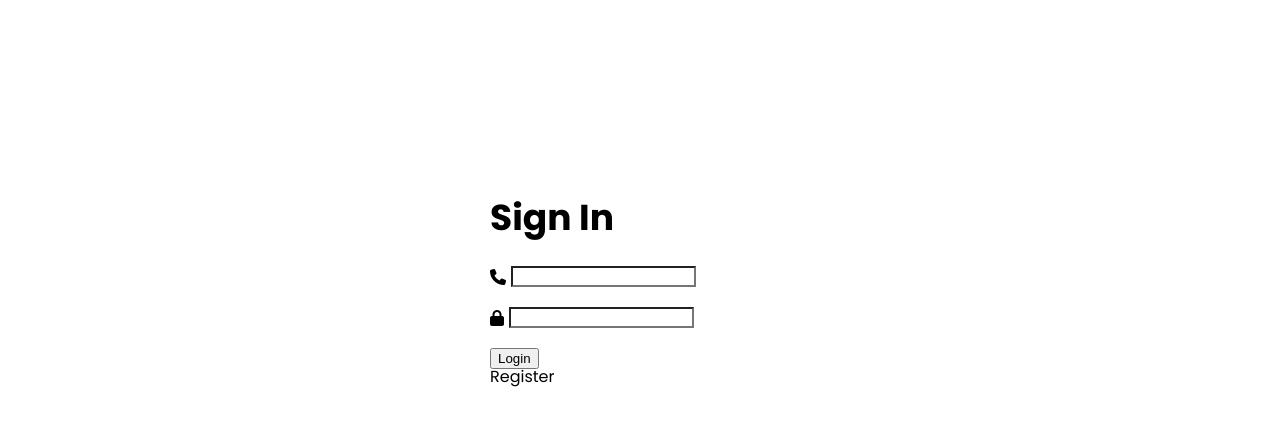
Repository: haphuocsang1801/github-group4
Page: login.html
These files come from the project's save history. The page is drawn as it stood at one moment and after the next save; the edit follows.
The browser window is 1280 px wide. The pictures show the whole page.
Some web libraries are served in a nearby version. The style sheet was rebuilt from its Sass, Less or Tailwind sources for each picture, by a compiler version that may differ from the author's.

Above is the page before, as saved 2021-09-17 16:21:44.

### login.html
<!DOCTYPE html>
<html lang="en">
  <head>
    <meta charset="UTF-8" />
    <meta http-equiv="X-UA-Compatible" content="IE=edge" />
    <meta name="viewport" content="width=device-width, initial-scale=1.0" />
    <link
      href="https://fonts.googleapis.com/css2?family=Poppins:wght@300;400;700&display=swap"
      rel="stylesheet"
    />
    <script
      src="https://kit.fontawesome.com/85150e2613.js"
      crossorigin="anonymous"
    ></script>
    <link rel="stylesheet" href="./css/reset.css" />
    <link rel="stylesheet" href="./css/style.css" />
    <title>Document</title>
  </head>
  <body>
    <div class="container-login">
      <form action="" method="post">
        <div class="login-title">Sign In</div>
        <div class="login-item">
          <i class="fas fa-phone"></i>
          <input type="text" class="login-input" />
        </div>
        <div class="login-item">
          <i class="fas fa-lock"></i>
          <input type="text" class="login-input" />
        </div>
        <div class="login-submit">
          <input type="submit" class="btn" value="Login" />
        </div>
        <div class="login-register">Register</div>
      </form>
    </div>
  </body>
</html>

### css/reset.css
/* http://meyerweb.com/eric/tools/css/reset/
   v2.0 | 20110126
   License: none (public domain)
*/
/*
<link rel="preconnect" href="https://fonts.googleapis.com">
<link rel="preconnect" href="https://fonts.gstatic.com" crossorigin>
<link href="https://fonts.googleapis.com/css2?family=Poppins:wght@300;400;700&display=swap" rel="stylesheet">
*/
html, body, div, span, applet, object, iframe,
h1, h2, h3, h4, h5, h6, p, blockquote, pre,
a, abbr, acronym, address, big, cite, code,
del, dfn, em, img, ins, kbd, q, s, samp,
small, strike, strong, sub, sup, tt, var,
b, u, i, center,
dl, dt, dd, ol, ul, li,
fieldset, form, label, legend,
table, caption, tbody, tfoot, thead, tr, th, td,
article, aside, canvas, details, embed,
figure, figcaption, footer, header, hgroup,
menu, nav, output, ruby, section, summary,
time, mark, audio, video {
	margin: 0;
	padding: 0;
	border: 0;
	font-size: 100%;
	font: inherit;
	vertical-align: baseline;
}
/* HTML5 display-role reset for older browsers */
article, aside, details, figcaption, figure,
footer, header, hgroup, menu, nav, section {
	display: block;
}
body {
	line-height: 1;
	font-family: 'Poppins', sans-serif;
}
ol, ul {
	list-style: none;
}
blockquote, q {
	quotes: none;
}
blockquote:before, blockquote:after,
q:before, q:after {
	content: '';
	content: none;
}
table {
	border-collapse: collapse;
	border-spacing: 0;
}

### scss/style.scss
@import "variable";
@import "base";
@import "header";
@import "footer";
@import "login";

### scss/_variable.scss
$gray-dark:#272E35;
$primary-color:#E2783C;
$background:#fcf9f6;

### scss/_base.scss
.wrapper{
    max-width: 1440px;
    margin: 0 auto;
}
 .container-login{

   width: 300px;
   margin: 0 auto;
   margin-top: 200px;
 }

.button{
    transition: all 0.2s linear;
    display: inline-block;
    font-size: 16px;
    color: $gray-dark;
    padding: 20px 30px;
    border-radius: 10px;
    outline: none;
    cursor: pointer;
    background-color: transparent;
    line-height: normal;
    text-decoration: none;
    &--primary{
      color: white;
      background-color: $primary-color;
    }

}

### scss/_header.scss
.header {
  padding-top: 43px;
  display: flex;
  align-items: center;
  justify-content: space-between;
  &-logo {
    &-image {
      width: 235px;
    }
  }
  &-menu {
    display: flex;
    align-items: center;
    gap: 60px;
    &-product{
        display: flex;
        align-items: center;
        gap: 5px;
    }
    &-child{
        position: absolute;
        top:30px;
        width: 170px;
        display: flex;
        flex-direction: column;
        gap: 35px;
        background-color: $background;
        border-radius: 5px;
        padding: 20px 10px;
        opacity: 0;
        visibility: hidden;
        transition: all 0.25s;
    }
    &-item {
        position: relative;
      a {
        color: $gray-dark;
        text-decoration: none;
        &:hover {
          color: $primary-color;
          transition: color 0.2s ease-in-out;
        }
      }
    }
  }
  &-cart{
      font-size: 35px;
      cursor: pointer;
      :hover{
          color: $primary-color;
      }
  }
  &-search {
    padding: 10px;
    background-color: #f3f4f4;
    border-radius: 8px;
    display: flex;
    margin-right: -20px;
    transition: all 0.25s linear;
    &:hover {
      background-color: white;
      -webkit-box-shadow: 0px 0px 25px 0px rgba(226, 120, 60, 0.8);
      -moz-box-shadow: 0px 0px 25px 0px rgba(226, 120, 60, 0.8);
      box-shadow: 0px 0px 25px 0px rgba(226, 120, 60, 0.8);
    }
    &-icon {
      font-size: 30px;
      cursor: pointer;
    }
    input {
      width: 120px;
      font-size: 15px;
      width: inherit;
      padding: 10px 0;
      border: 0;
      border-radius: #f3f4f4;
      background-color: inherit;
      outline: none;
    }
  }
}
.hover:hover .header-menu-child{
    opacity: 1;
    visibility: visible;

}

### scss/_footer.scss
.footer {
  margin-top: 500px;
  padding: 40px 40px;
  background-color: $background;
  &-main {
    display: grid;
    grid-template-columns: repeat(2, 1fr);
    gap: 50px;
  }
  &-logo {
    display: inline-block;
    margin-bottom: 50px;
  }
  &-desc {
    font-size: 16px;
    margin-bottom: 40px;
    line-height: 1.5;
  }
  .social {
    display: flex;
    align-items: center;
    gap: 0 30px;
  }
  .social-item {
    cursor: pointer;
    color: $gray-dark;
    &:hover {
      color: $primary-color;
    }
  }
  &-heading {
    font-size: 18px;
    color: $gray-dark;
    margin-bottom: 40px;
    font-weight: bold;
  }
  &-links {
    list-style: none;
  }
  &-item {
    margin-bottom: 30px;
  }
  &-link {
    display: inline-block;
    color: $gray-dark;
  }
  &-info {
    list-style: none;
    margin-bottom: 40px;
  }
  &-info li {
    margin-bottom: 15px;
    line-height: 1.6;
  }
  &-highlight {
    color: white;
  }
  &-bottom {
    background-color: $gray-dark;
    line-height: 1.6;
  }
  &-bottom a {
    text-decoration: inherit;
    color: white;
  }
}

### scss/_login.scss
.login {
  &-title {
    font-size: 36px;
    font-weight: bold;
    margin-bottom: 30px;
  }
  &-item {
    display: flex;
    align-items: center;
    gap: 5px;
    margin-bottom: 20px;
  }
  &-input{
      outline: none;
      border-radius: 0px ;
  }
}

After the next save:
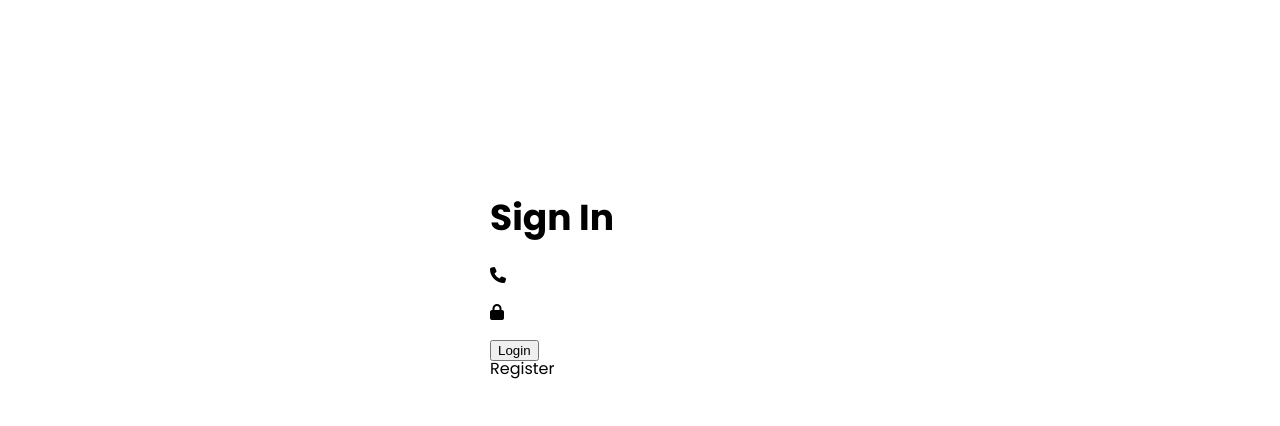
Saved 31 s later.
--- a/scss/_login.scss
+++ b/scss/_login.scss
@@ -12,6 +12,6 @@
   }
   &-input{
       outline: none;
-      border-radius: 0px ;
+     border: 0;
   }
 }
